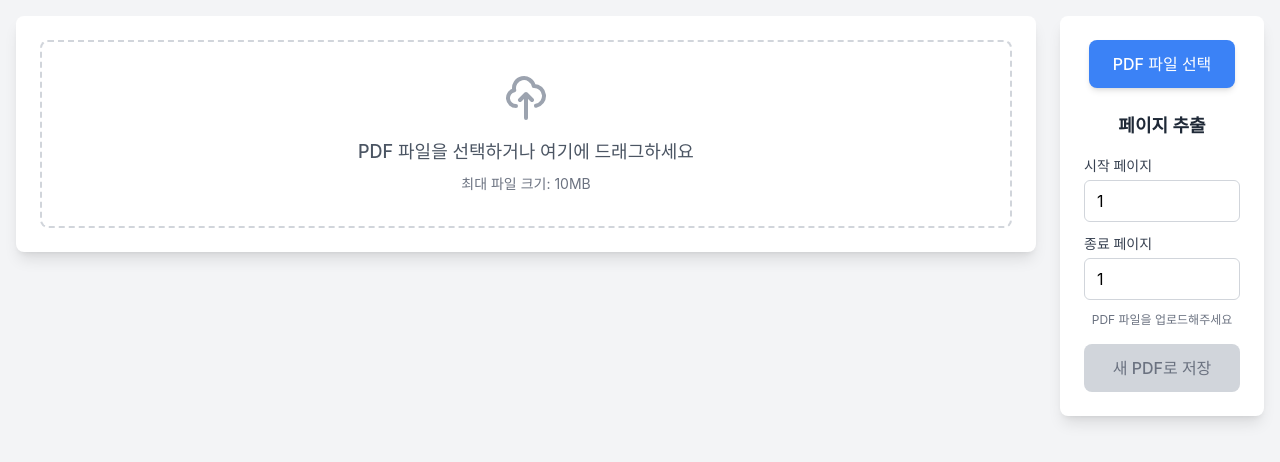
Repository: orcaCrew/PDF-Handler
Page: /
These files come from the project's save history. The page is drawn as it stood at one moment and after the next save; the edit follows.
The browser window is 1280 px wide. The pictures show the whole page.
The project was rebuilt for these pictures with package versions that can differ from the ones it lists, and the page was loaded fresh each time.

Above is the page before, as saved 2025-07-21 13:40:38.

### public/index.html
<!DOCTYPE html>
<html lang="ko">
  <head>
    <meta charset="utf-8" />
    <link rel="icon" href="%PUBLIC_URL%/favicon.ico" />
    <meta name="viewport" content="width=device-width, initial-scale=1" />
    <meta name="theme-color" content="#000000" />
    <meta
      name="description"
      content="PDF 파일 미리보기 애플리케이션"
    />
    <title>PDF 미리보기</title>
  </head>
  <body>
    <noscript>이 앱을 실행하려면 JavaScript를 활성화해야 합니다.</noscript>
    <div id="root"></div>
  </body>
</html>

### src/App.js
import React, { useState, useRef, useEffect } from 'react';
import { Document, Page, pdfjs } from 'react-pdf';
import { PDFDocument } from 'pdf-lib';
import 'react-pdf/dist/esm/Page/AnnotationLayer.css';
import 'react-pdf/dist/esm/Page/TextLayer.css';

pdfjs.GlobalWorkerOptions.workerSrc = `//cdnjs.cloudflare.com/ajax/libs/pdf.js/${pdfjs.version}/pdf.worker.min.js`;

function App() {
  const [file, setFile] = useState(null);
  const [numPages, setNumPages] = useState(null);
  const [pageNumber, setPageNumber] = useState(1);
  const [loading, setLoading] = useState(false);
  const [isDragOver, setIsDragOver] = useState(false);
  const [loadedPages, setLoadedPages] = useState(new Set());
  const [displayedPages, setDisplayedPages] = useState(3); // lazy 로드 시작 수
  const [startPage, setStartPage] = useState(1);
  const [endPage, setEndPage] = useState(1);
  const [extracting, setExtracting] = useState(false);
  const fileInputRef = useRef(null);
  const loaderRef = useRef(null); // 스크롤 lazy 트리거용

  // Intersection Observer로 lazy loading 구현
  useEffect(() => {
    if (!loaderRef.current) return;
    const observer = new IntersectionObserver(
      ([entry]) => {
        if (entry.isIntersecting && numPages && displayedPages < numPages) {
          setDisplayedPages(prev => Math.min(prev + 3, numPages));
        }
      },
      { threshold: 1 }
    );
    observer.observe(loaderRef.current);
    return () => observer.disconnect();
  }, [displayedPages, numPages]);

  // 페이지 수가 변경될 때 endPage 업데이트
  useEffect(() => {
    if (numPages) {
      setEndPage(numPages);
    }
  }, [numPages]);

  const onFileChange = (event) => {
    const { files } = event.target;
    if (files && files[0]) {
      setFile(files[0]);
      setPageNumber(1);
      setLoadedPages(new Set());
      setDisplayedPages(3);
      setStartPage(1);
    }
    event.target.value = '';
  };

  const handleDragOver = (e) => {
    e.preventDefault();
    setIsDragOver(true);
  };

  const handleDragLeave = (e) => {
    e.preventDefault();
    setIsDragOver(false);
  };

  const handleDrop = (e) => {
    e.preventDefault();
    setIsDragOver(false);

    const droppedFiles = e.dataTransfer.files;
    if (droppedFiles && droppedFiles[0]) {
      const droppedFile = droppedFiles[0];
      if (droppedFile.type === 'application/pdf') {
        setFile(droppedFile);
        setPageNumber(1);
        setLoadedPages(new Set());
        setDisplayedPages(3);
        setStartPage(1);
      } else {
        alert('PDF 파일만 업로드 가능합니다.');
      }
    }
  };

  const onDocumentLoadSuccess = ({ numPages }) => {
    setNumPages(numPages);
    setLoading(false);
  };

  const onDocumentLoadError = (error) => {
    console.error('PDF 로드 오류:', error);
    setLoading(false);
  };

  const onPageLoadSuccess = (pageNumber) => {
    setLoadedPages(prev => {
      const newSet = new Set([...prev, pageNumber]);
      return newSet;
    });
  };

  const extractPages = async () => {
    if (!file || !numPages) {
      alert('PDF 파일을 먼저 업로드해주세요.');
      return;
    }

    if (startPage < 1 || endPage > numPages || startPage > endPage) {
      alert('올바른 페이지 범위를 입력해주세요.');
      return;
    }

    setExtracting(true);

    try {
      // PDF 파일을 ArrayBuffer로 읽기
      const arrayBuffer = await file.arrayBuffer();

      // PDF 문서 로드
      const pdfDoc = await PDFDocument.load(arrayBuffer);

      // 새 PDF 문서 생성
      const newPdfDoc = await PDFDocument.create();

      // 선택된 페이지들을 새 문서에 복사
      for (let i = startPage - 1; i < endPage; i++) {
        const [copiedPage] = await newPdfDoc.copyPages(pdfDoc, [i]);
        newPdfDoc.addPage(copiedPage);
      }

      // 새 PDF를 바이트 배열로 변환
      const pdfBytes = await newPdfDoc.save();

      // 파일 다운로드
      const blob = new Blob([pdfBytes], { type: 'application/pdf' });
      const url = URL.createObjectURL(blob);
      const link = document.createElement('a');
      link.href = url;
      link.download = `${file.name.replace('.pdf', '')}_pages_${startPage}-${endPage}.pdf`;
      document.body.appendChild(link);
      link.click();
      document.body.removeChild(link);
      URL.revokeObjectURL(url);

      alert(`${startPage}페이지부터 ${endPage}페이지까지 추출이 완료되었습니다.`);
    } catch (error) {
      console.error('PDF 추출 오류:', error);
      alert('PDF 추출 중 오류가 발생했습니다.');
    } finally {
      setExtracting(false);
    }
  };

  return (
    <div className="min-h-screen bg-gray-100 py-4">
      <div className="max-w-7xl mx-auto px-4 space-y-6">
        <div className="flex flex-col lg:flex-row gap-6">
          {/* 페이지 리스트와 미리보기 영역 */}
          <div className="lg:w-5/6">
            <div className="bg-white rounded-lg shadow-lg p-6">
              {file ? (
                <div className="space-y-6">
                  <div className="flex items-center justify-between">
                    <h2 className="text-xl font-semibold text-gray-800">
                      {file.name}
                    </h2>
                    <div className="text-gray-600">
                      총 {numPages || '...'} 페이지
                    </div>
                  </div>

                  <div className="grid grid-cols-1 lg:grid-cols-3 gap-6">
                    {/* 페이지 리스트 영역 */}
                    <div className="lg:col-span-1">
                      <h3 className="text-lg font-semibold text-gray-800 mb-4">페이지 목록</h3>
                      <div className="max-h-[50rem] overflow-y-auto space-y-4">
                        {loading && (
                          <div className="flex items-center justify-center p-8">
                            <div className="animate-spin rounded-full h-8 w-8 border-b-2 border-blue-500"></div>
                            <span className="ml-2 text-gray-600">PDF 로딩 중...</span>
                          </div>
                        )}
                        <Document
                        file={file}
                        onLoadSuccess={onDocumentLoadSuccess}
                        onLoadError={onDocumentLoadError}
                        onLoadStart={() => setLoading(true)}
                        loading={
                          <div className="flex items-center justify-center p-8">
                            <div className="animate-spin rounded-full h-8 w-8 border-b-2 border-blue-500"></div>
                            <span className="ml-2 text-gray-600">PDF 로딩 중...</span>
                          </div>
                        }
                        >
                        {numPages &&
                          Array.from(
                            new Array(Math.min(displayedPages, numPages)),
                            (el, index) => (
                              <div
                                key={`page_${index + 1}`}
                                className={`border-2 rounded-lg p-4 bg-white hover:shadow-md transition-shadow cursor-pointer ${
                                  pageNumber === index + 1
                                    ? 'border-blue-500 bg-blue-50'
                                    : 'border-gray-200'
                                }`}
                                onClick={() => setPageNumber(index + 1)}
                              >
                                <div className="flex items-center space-x-4">
                                  <div className="flex-shrink-0">
                                    <Page
                                      pageNumber={index + 1}
                                      width={120}
                                      renderTextLayer={false}
                                      renderAnnotationLayer={false}
                                      onLoadSuccess={() => onPageLoadSuccess(index + 1)}
                                      loading={
                                        <div className="w-30 h-40 bg-gray-200 rounded flex items-center justify-center">
                                          <div className="animate-spin rounded-full h-6 w-6 border-b-2 border-blue-500"></div>
                                        </div>
                                      }
                                    />
                                  </div>
                                  <div className="flex-1">
                                    <h3 className="text-lg font-semibold text-gray-800">
                                      {index + 1} 페이지
                                    </h3>
                                  </div>
                                </div>
                              </div>
                            )
                          )}
                        </Document>
                      </div>
                      {/* lazy-load 트리거 */}
                      <div ref={loaderRef} className="h-12" />
                    </div>

                    {/* 선택된 페이지 미리보기 영역 */}
                    <div className="lg:col-span-2">
                      <h3 className="text-lg font-semibold text-gray-800">선택된 페이지</h3>
                      {pageNumber ? (
                        <div className="flex justify-center items-center mt-2">
                          <div className="flex border border-gray-300 rounded-lg shadow-lg bg-white w-full p-4 justify-center">
                              <Document
                                file={file}
                                onLoadSuccess={onDocumentLoadSuccess}
                                onLoadError={onDocumentLoadError}
                                onLoadStart={() => setLoading(true)}
                                loading={
                                  <div className="flex items-center justify-center p-8">
                                    <div className="animate-spin rounded-full h-8 w-8 border-b-2 border-blue-500"></div>
                                    <span className="ml-2 text-gray-600">PDF 로딩 중...</span>
                                  </div>
                                }
                              >
                                <Page
                                  pageNumber={pageNumber}
                                  width={Math.min(window.innerWidth * 0.35 - 100, 540)}
                                  renderTextLayer={false}
                                  renderAnnotationLayer={false}
                                  className="w-full h-auto max-w-full"
                                  style={{ maxWidth: '100%', height: 'auto' }}
                                />
                              </Document>
                          </div>
                        </div>
                      ) : (
                        <div className="text-center text-gray-500 py-8">
                          <p>페이지를 선택하면 여기서 미리보기를 확인할 수 있습니다.</p>
                        </div>
                      )}
                    </div>
                  </div>
                </div>
              ) : (
                <div
                  className={`border-2 border-dashed rounded-lg p-8 text-center transition-colors h-full flex items-center justify-center ${
                    isDragOver
                      ? 'border-blue-500 bg-blue-50'
                      : 'border-gray-300 hover:border-blue-400'
                  }`}
                  onDragOver={handleDragOver}
                  onDragLeave={handleDragLeave}
                  onDrop={handleDrop}
                >
                  <label
                    htmlFor="file-upload"
                    className="cursor-pointer flex flex-col items-center"
                  >
                    <svg
                      className="w-12 h-12 text-gray-400 mb-4"
                      fill="none"
                      stroke="currentColor"
                      viewBox="0 0 24 24"
                    >
                      <path
                        strokeLinecap="round"
                        strokeLinejoin="round"
                        strokeWidth={2}
                        d="M7 16a4 4 0 01-.88-7.903A5 5 0 1115.9 6L16 6a5 5 0 011 9.9M15 13l-3-3m0 0l-3 3m3-3v12"
                      />
                    </svg>
                    <span className="text-lg font-medium text-gray-600">
                      PDF 파일을 선택하거나 여기에 드래그하세요
                    </span>
                    <span className="text-sm text-gray-500 mt-2">
                      최대 파일 크기: 10MB
                    </span>
                  </label>
                </div>
              )}
            </div>
          </div>

          {/* 선택 버튼 영역 */}
          <div className="lg:w-1/6">
            <div className="bg-white rounded-lg shadow-lg p-6 space-y-6">
              <div className="flex justify-center">
                <button
                  onClick={() => {
                    fileInputRef.current?.click();
                  }}
                  className="px-6 py-3 bg-blue-500 text-white rounded-lg hover:bg-blue-600 transition-colors font-medium shadow-md"
                >
                  {file ? 'PDF 파일 변경' : 'PDF 파일 선택'}
                </button>
              </div>
              <input
                ref={fileInputRef}
                type="file"
                accept=".pdf"
                onChange={onFileChange}
                className="hidden"
                id="file-upload"
              />

              {/* 페이지 추출 영역 */}
              <div className="space-y-4">
                <h3 className="text-lg font-semibold text-gray-800 text-center">
                  페이지 추출
                </h3>

                <div className="space-y-3">
                  <div>
                    <label className="block text-sm font-medium text-gray-700 mb-1">
                      시작 페이지
                    </label>
                    <input
                      type="number"
                      min="1"
                      max={numPages || 1}
                      value={startPage}
                      onChange={(e) => setStartPage(parseInt(e.target.value) || 1)}
                      className="w-full px-3 py-2 border border-gray-300 rounded-md focus:outline-none focus:ring-2 focus:ring-blue-500 focus:border-transparent"
                    />
                  </div>

                  <div>
                    <label className="block text-sm font-medium text-gray-700 mb-1">
                      종료 페이지
                    </label>
                    <input
                      type="number"
                      min="1"
                      max={numPages || 1}
                      value={endPage}
                      onChange={(e) => setEndPage(parseInt(e.target.value) || 1)}
                      className="w-full px-3 py-2 border border-gray-300 rounded-md focus:outline-none focus:ring-2 focus:ring-blue-500 focus:border-transparent"
                    />
                  </div>

                  <div className="text-xs text-gray-500 text-center">
                    {numPages ? `총 ${numPages}페이지 중 선택` : 'PDF 파일을 업로드해주세요'}
                  </div>
                </div>

                <button
                  onClick={extractPages}
                  disabled={extracting || !file || !numPages || startPage > endPage || startPage < 1 || endPage > (numPages || 1)}
                  className={`w-full px-4 py-3 rounded-lg font-medium transition-colors ${
                    extracting || !file || !numPages || startPage > endPage || startPage < 1 || endPage > (numPages || 1)
                      ? 'bg-gray-300 text-gray-500 cursor-not-allowed'
                      : 'bg-green-500 text-white hover:bg-green-600 shadow-md'
                  }`}
                >
                  {extracting ? (
                    <div className="flex items-center justify-center">
                      <div className="animate-spin rounded-full h-4 w-4 border-b-2 border-white mr-2"></div>
                      추출 중...
                    </div>
                  ) : (
                    '새 PDF로 저장'
                  )}
                </button>
              </div>
            </div>
          </div>
        </div>
      </div>
    </div>
  );
}

export default App;

Loaded but not shown: src/index.js (common file); src/index.css (common file); tailwind.config.js (common file)

After the next save:
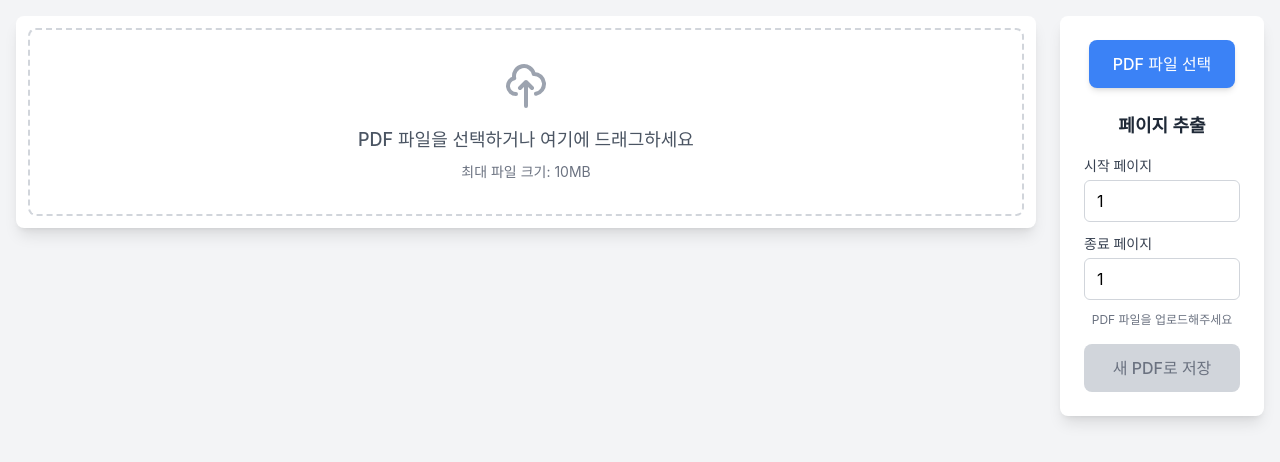
Saved 4 s later.
--- a/src/App.js
+++ b/src/App.js
@@ -158,7 +158,7 @@ function App() {
         <div className="flex flex-col lg:flex-row gap-6">
           {/* 페이지 리스트와 미리보기 영역 */}
           <div className="lg:w-5/6">
-            <div className="bg-white rounded-lg shadow-lg p-6">
+            <div className="bg-white rounded-lg shadow-lg p-3">
               {file ? (
                 <div className="space-y-6">
                   <div className="flex items-center justify-between">
